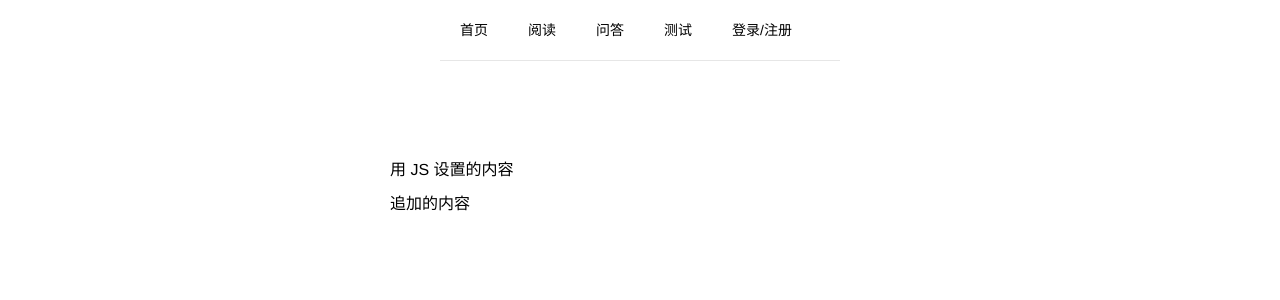
Repository: shengligo/xyx_vue_v1
Page: /read
These files come from the project's save history. The page is drawn as it stood at one moment and after the next save; the edit follows.
The browser window is 1280 px wide. The pictures show the whole page.
The page's requests for data from a server got no answer. The project was rebuilt for these pictures with package versions that can differ from the ones it lists, and the page was loaded fresh each time. No one was signed in, and anything a server would have sent is missing. Also part of the build but not shown: vue.config.js, src/views/home/childComps/Art.vue.

Above is the page before, as saved 2021-09-02 19:18:20.

### public/index.html
<!DOCTYPE html>
<html lang="">
  <head>
    <meta charset="utf-8">
    <meta http-equiv="X-UA-Compatible" content="IE=edge">
    <meta name="viewport" content="width=device-width,initial-scale=1.0">
    <link rel="icon" href="<%= BASE_URL %>favicon.ico">
    <title>project0000001</title>
  </head>
  <body>
    <noscript>
      <strong>We're sorry but <%= htmlWebpackPlugin.options.title %> doesn't work properly without JavaScript enabled. Please enable it to continue.</strong>
    </noscript>
    <div id="app"></div>
    <!-- built files will be auto injected -->
  </body>
</html>

### src/main.js
import Vue from 'vue'
import App from './App.vue'
import router from './router'
import store from './store'
import 'element-ui/lib/theme-chalk/index.css';
import axios from "axios";
axios.defaults.baseURL = "/api"; // http://10.1.2.85:8091/essay
axios.defaults.headers.common["Content-Type"] ="application/json;charset=UTF-8";
axios.defaults.withCredentials = true // 表示跨域请求时是否需要使用凭证
Vue.prototype.$ajax = axios;
import ElementUI from 'element-ui'

Vue.config.productionTip = false
Vue.use(ElementUI)

new Vue({
  router,
  store,
  render: h => h(App)
}).$mount('#app')

### src/App.vue
<template>
  <div id="app">
    <nav-bar ></nav-bar>
    <!-- <carousel></carousel> -->
    <!-- <art></art> -->


    <router-view></router-view>

  </div>
</template>
<script>

import NavBar from './components/common/NavBar'
import Art from '@/views/home/childComps/Art'
// import Carousel from '@/components/common/Carousel'


export default {
  name: "app",
  components:{
    NavBar,
    Art,




  }
};
</script>



<style>
@import url('assets/css/normalize.css');
#app{
  font-family: "Helvetica Neue",Helvetica,"PingFang SC","Hiragino Sans GB","Microsoft YaHei","微软雅黑",Arial,sans-serif;
}



</style>

### src/router/index.js

import Vue from 'vue'
import VueRouter from 'vue-router'


const Home = () => import('../views/home/Home')

const Question = () => import('../views/questions/Question')
const Read = () => import('../views/read/Read')
const Test = () => import('../views/testing/Test')
const Login = () => import('../components/common/login/Login')
const originalPush = VueRouter.prototype.push

VueRouter.prototype.push = function push(location) {
  return originalPush.call(this, location).catch(err => err)
}
// fksdljfkjdsjflsdjlfja
Vue.use(VueRouter)

const routes = [
  {
    path: '/',
    name: 'Home',
    component: Home
  },
  // {
  //   path: '/home',
  //   name: 'Home',
  //   component: Home
  // },

  {
    path:'/qs',
    name:'Qs',
    component:Question
  },
  {
    path:'/read',
    name:'Read',
    component:Read
  },
  {
    path:'/test',
    name:'Test',
    component:Test
  },
  {
    path:'/login',
    name:'Login',
    component:Login
  }
]

const router = new VueRouter({
  mode: 'history',
  base: process.env.BASE_URL,
  routes
})

export default router

### src/components/common/NavBar.vue
<template>
  <div>
     <div class="nav">

       <el-menu
          :default-active="activeIndex"
          class="el-menu-demo"
          mode="horizontal"
          text-color="#000000"
          active-text-color="#444444"
        >
          <el-menu-item index="1" @click="itemclick">首页</el-menu-item>
          <el-menu-item index="2" @click="itemclick2">阅读</el-menu-item>
          <el-menu-item index="3" @click="itemclick3">问答</el-menu-item>
          <el-menu-item index="4" @click="itemclick4">测试</el-menu-item>
          <el-menu-item index="5" @click="itemclick5">登录/注册</el-menu-item>
        </el-menu>

     </div>

  </div>
</template>

<script>


export default {

  name: "navbar",
  data() {
    return {
      activeIndex:1
    }
  },
  methods:{
    itemclick(){
      console.log('itemclick');
      this.$router.push("/")
    },
    itemclick2(){
      this.$router.push("/read")
    },
    itemclick3(){
      this.$router.push("./qs")
    },
    itemclick4(){
      this.$router.push('./test')
    },
    itemclick5(){
      this.$router.push('/login')
    }

  },

};
</script>

<style scoped>
.nav{

  margin: 0 auto;
  /* background-color: rgba(217, 221, 221, 0.918);
   */
   /* background-color: #5880A9; */
  padding: 0;


}
.nav>.el-menu{
  width: 400px;
  margin: 0 auto;
  /* background-color: rgba(217, 221, 221, 0.918); */
}

</style>

### src/views/read/Read.vue
<template>
  <div id="article">
    <div v-html="htmltext" class="centerBody"></div>
  </div>
</template>

<script>
// import ArticleLi from "../home/childComps/ArticleLi";
import E from 'wangeditor'
import qs from "qs"; // 引入qs模块，用来序列化post类型的数据，后面会提到

export default {
  name: "read",
  components: {
    // ArticleLi,
  },
  data() {
    return{
      editor:'',
      htmltext:'<p>用 JS 设置的内容</p><p>追加的内容</p>'
    }
  },
  mounted() {
    this.getEdits()
  },
  methods: {
    getEdit() {
      // const editor = new E('#div1')
      // 或者 const editor = new E( document.getElementById('div1') )

      //  const E = window.wangEditor
        this.editor = new E(document.getElementById('toolbar-container'))
        this.editor.create()
        this.editor.txt.html('<p>用 JS 设置的内容</p>') // 重新设置编辑器内容
        this.editor.txt.append('<p>追加的内容</p>')
        console.log(this.editor.txt.html());

    },
    async getEdits() {
      var params = {
        pageNum :1,
        pageSize :10
       }
      // $ajax请求
      const url = '/essay/getEssayList'
      await this.$ajax.get(url, {params}).then(res => {
        const { data } = res
        // console.log(res);
        if (data.code === "000000") {
          this.$message.success('请求成功')
          var text = ''
          data.data.results.forEach(item => {
            text +=item.content
          })
          this.htmltext = text
          console.log(text);
        } else {
          this.$message.error('暂无权限')
        }
      }).catch(() => {
       this.$message.error('网络异常')
      })
    }
  }
};
</script>

<style scoped>
#article {
  width: 100%;
  margin-top: 100px;
  margin-bottom: 20px;
}
.centerBody{
  width: 500px;
  margin: 0 auto;
}
/* table 样式 */
table {
  border-top: 1px solid #ccc;
  border-left: 1px solid #ccc;
}
table td,
table th {
  border-bottom: 1px solid #ccc;
  border-right: 1px solid #ccc;
  padding: 3px 5px;
}
table th {
  border-bottom: 2px solid #ccc;
  text-align: center;
}

/* blockquote 样式 */
blockquote {
  display: block;
  border-left: 8px solid #d0e5f2;
  padding: 5px 10px;
  margin: 10px 0;
  line-height: 1.4;
  font-size: 100%;
  background-color: #f1f1f1;
}

/* code 样式 */
code {
  display: inline-block;
  *display: inline;
  *zoom: 1;
  background-color: #f1f1f1;
  border-radius: 3px;
  padding: 3px 5px;
  margin: 0 3px;
}
pre code {
  display: block;
}

/* ul ol 样式 */
ul,
ol {
  margin: 10px 0 10px 20px;
}
</style>

Loaded but not shown: src/store/index.js (common file); src/assets/css/normalize.css (library)

After the next save:
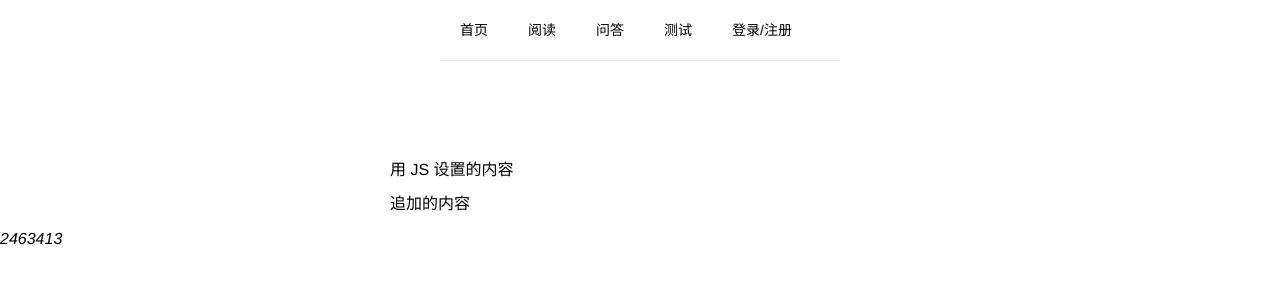
Saved 24 s later.
--- a/src/views/read/Read.vue
+++ b/src/views/read/Read.vue
@@ -1,6 +1,8 @@
 <template>
   <div id="article">
     <div v-html="htmltext" class="centerBody"></div>
+
+    <i>2463413</i>
   </div>
 </template>
 

After the save that followed:
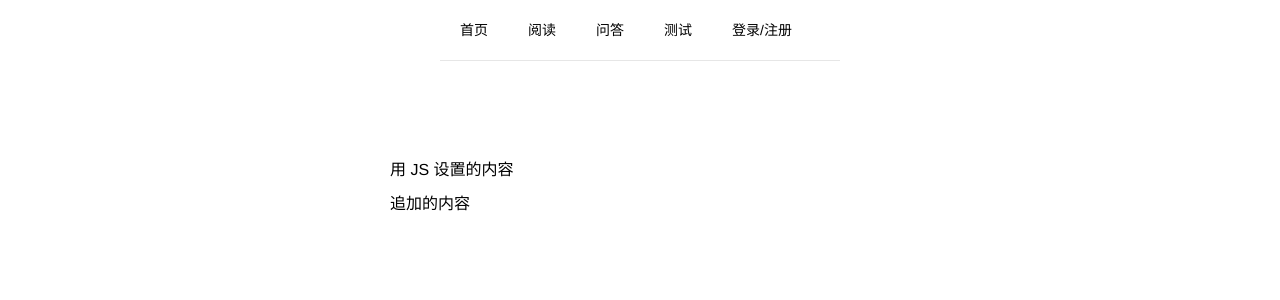
Saved 4 s later.
--- a/src/views/read/Read.vue
+++ b/src/views/read/Read.vue
@@ -2,7 +2,6 @@
   <div id="article">
     <div v-html="htmltext" class="centerBody"></div>
 
-    <i>2463413</i>
   </div>
 </template>
 
